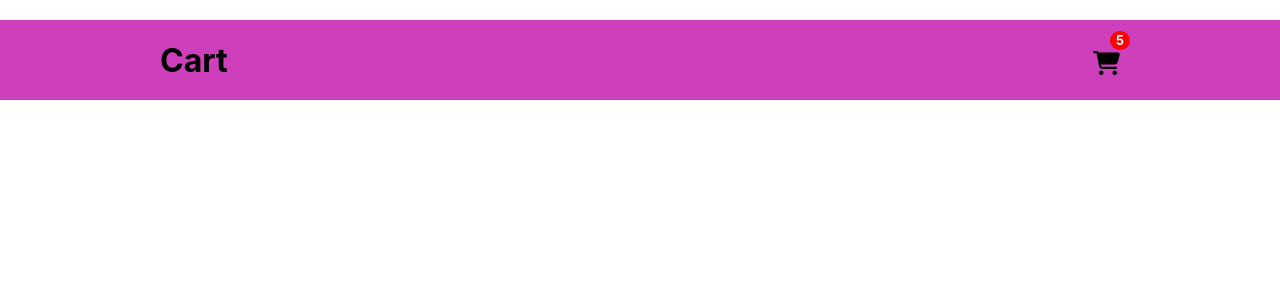
Repository: sriram1224/Cart-react-app
Page: /
These files come from the project's save history. The page is drawn as it stood at one moment and after the next save; the edit follows.
The browser window is 1280 px wide. The pictures show the whole page.
The project was rebuilt for these pictures with package versions that can differ from the ones it lists, and the page was loaded fresh each time.

Above is the page before, as saved 2024-03-12 13:50:39.

After the next save:
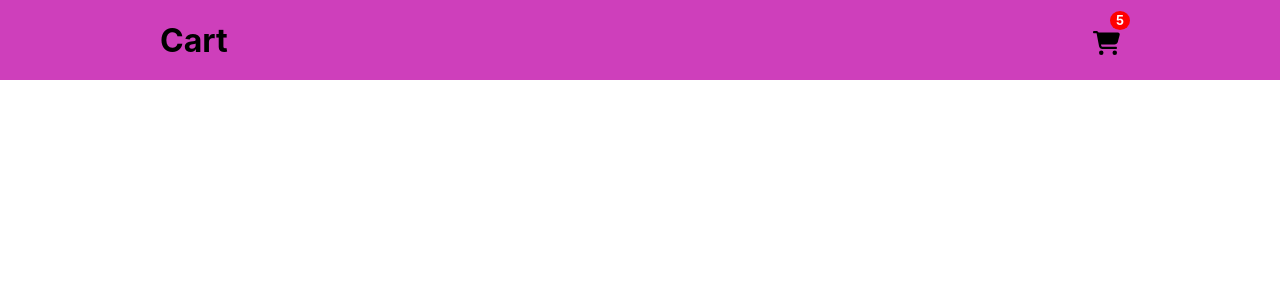
Saved 9 s later.
--- a/src/Components/Navbar.css
+++ b/src/Components/Navbar.css
@@ -25,7 +25,7 @@
 .cart{
     display: flex;
     justify-content: space-between;
-    margin: 20px 10rem;
+    margin: 0 10rem;
     align-items: center;
 
 }
